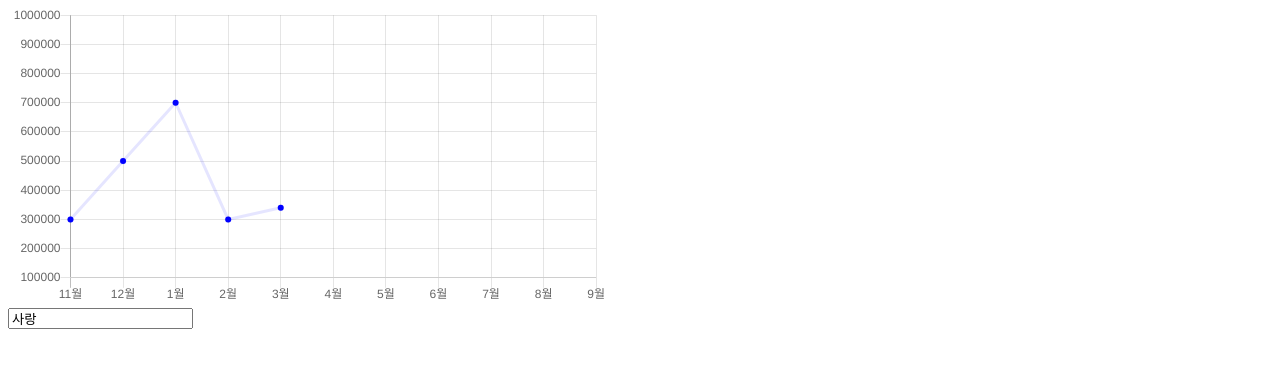
Repository: Hugh-KR/AccountBook
Page: http://localhost/Account_Book/NewFile.jsp
The author's editor kept a copy of each file at every save. The page is drawn from the files as they stood at one save, then again after the next save.
The browser window is 1280 px wide. The pictures show the whole page.
The page is served by Tomcat 9. Nobody is signed in. The application's start-up code is not run. Other server files are loaded and not shown.

Above is the page before, as saved 2022-12-01 07:45:06.

### Account_Book/src/main/webapp/NewFile.jsp
<%@ page language="java" contentType="text/html; charset=UTF-8"
    pageEncoding="UTF-8"%>
<!DOCTYPE html>
<html>
<head>
<meta charset="UTF-8">
<title>Insert title here</title>
<script src="//code.jquery.com/jquery-3.3.1.min.js"></script>
<script src="https://cdnjs.cloudflare.com/ajax/libs/Chart.js/2.9.4/Chart.js"></script>
<script>
$(document).ready(function(){
	$('#month').attr("value", "사랑");
});
</script>

</head>
<body>

<canvas id="myChart" style="width:100%;max-width:600px"></canvas>

<script>
var xValues = [11+"월",12+"월",1+"월",2+"월",3+"월",4+"월",5+"월",6+"월",7+"월",8+"월",9+"월"];
var yValues = [300000,500000,700000,300000,340000];

new Chart("myChart", {
  type: "line",
  data: {
    labels: xValues,
    datasets: [{
      fill: false,
      lineTension: 0,
      backgroundColor: "rgba(0,0,255,1.0)",
      borderColor: "rgba(0,0,255,0.1)",
      data: yValues
    }]
  },
  options: {
    legend: {display: false},
    scales: {
      yAxes: [{ticks: {min: 100000, max:1000000}}],
    }
  }
});


</script>
	<input id = "month" name="month1" value=""/>

</body>
</html>

After the next save:
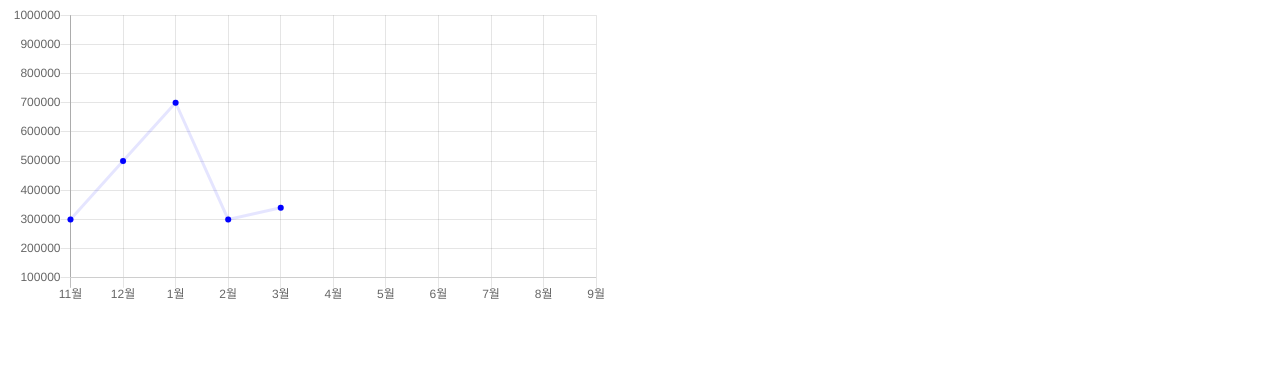
Saved 8 s later.
--- a/Account_Book/src/main/webapp/NewFile.jsp
+++ b/Account_Book/src/main/webapp/NewFile.jsp
@@ -7,11 +7,6 @@
 <title>Insert title here</title>
 <script src="//code.jquery.com/jquery-3.3.1.min.js"></script>
 <script src="https://cdnjs.cloudflare.com/ajax/libs/Chart.js/2.9.4/Chart.js"></script>
-<script>
-$(document).ready(function(){
-	$('#month').attr("value", "사랑");
-});
-</script>
 
 </head>
 <body>
@@ -44,7 +39,5 @@ new Chart("myChart", {
 
 
 </script>
-	<input id = "month" name="month1" value=""/>
-
 </body>
 </html>
